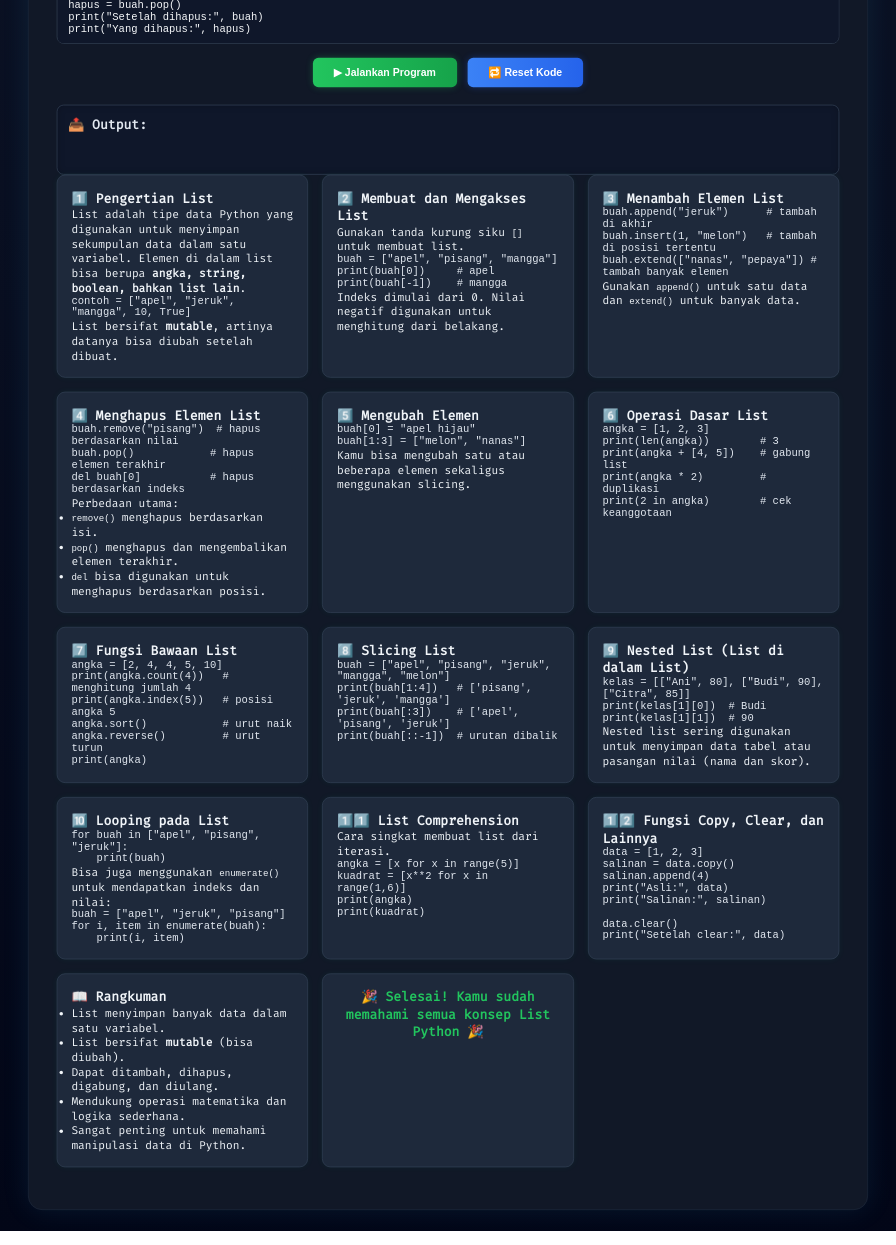
Repository: smkmutipugademak/Array
Page: index.html
The author's editor kept a copy of each file at every save. The page is drawn from the files as they stood at one save, then again after the next save.
The browser window is 1280 px wide. The pictures show the part of the page from y = 781 to 2701 px (the page is 2560 px tall before and 3620 px after), at 70% of full size.
An inner scrolling area shows only its first screen.

Above is the page before, as saved 2025-11-11 05:18:00.

After the next save:
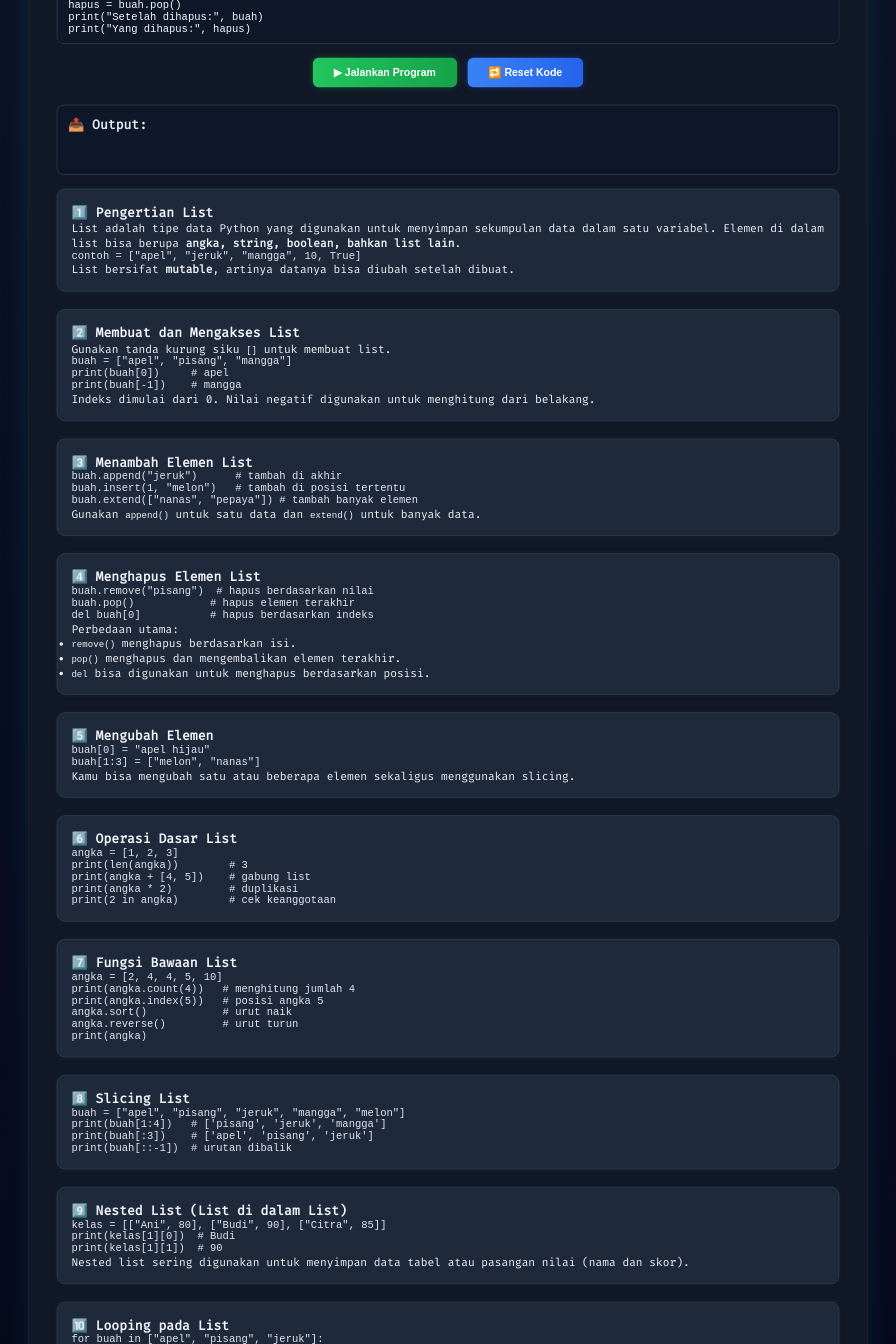
Saved 2 min 18 s later.
--- a/style.css
+++ b/style.css
@@ -83,10 +83,10 @@ h2 {
 
 /* THEORY SECTION */
 .theory-section {
-    display: grid;
-    grid-template-columns: repeat(auto-fit, minmax(270px, 1fr));
-    gap: 20px;
-    margin-bottom: 30px;
+    display: flex;
+    flex-direction: column;
+    gap: 25px;
+    margin-top: 20px;
 }
 
 .card {
